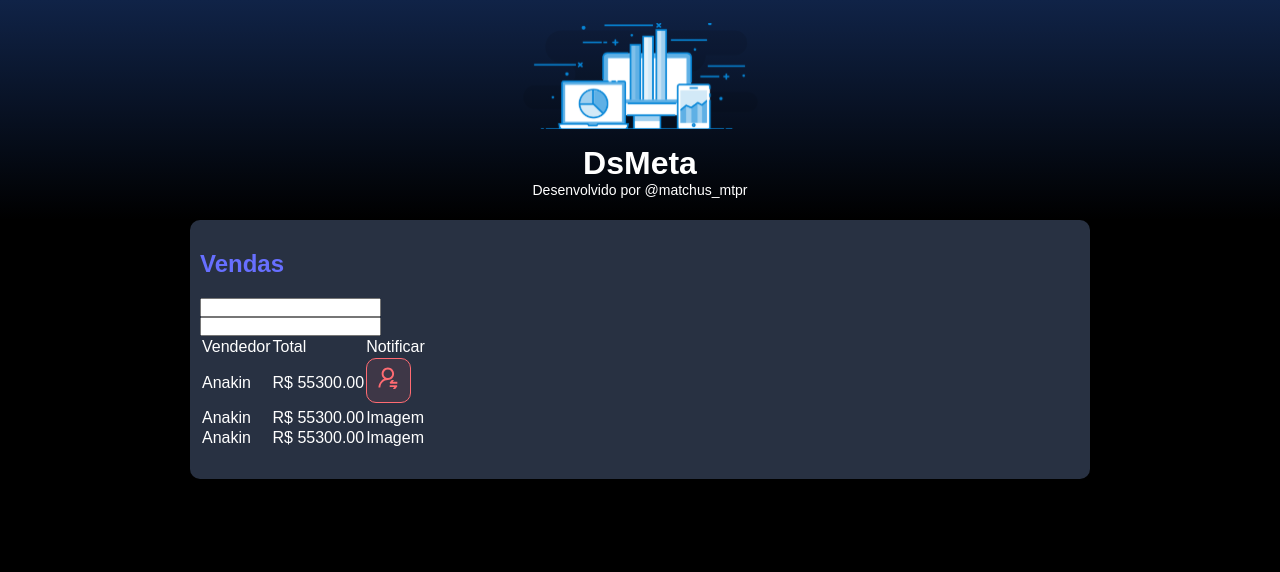
Repository: MatheusAlvesPereiraRosa/ds-meta
Page: index.html
An editor plug-in stored every save of this project. The page is shown before and after the next save, followed by the edit.
The browser window is 1280 px wide. The pictures show the whole page.

Above is the page before, as saved 2022-09-01 11:53:59.

After the next save:
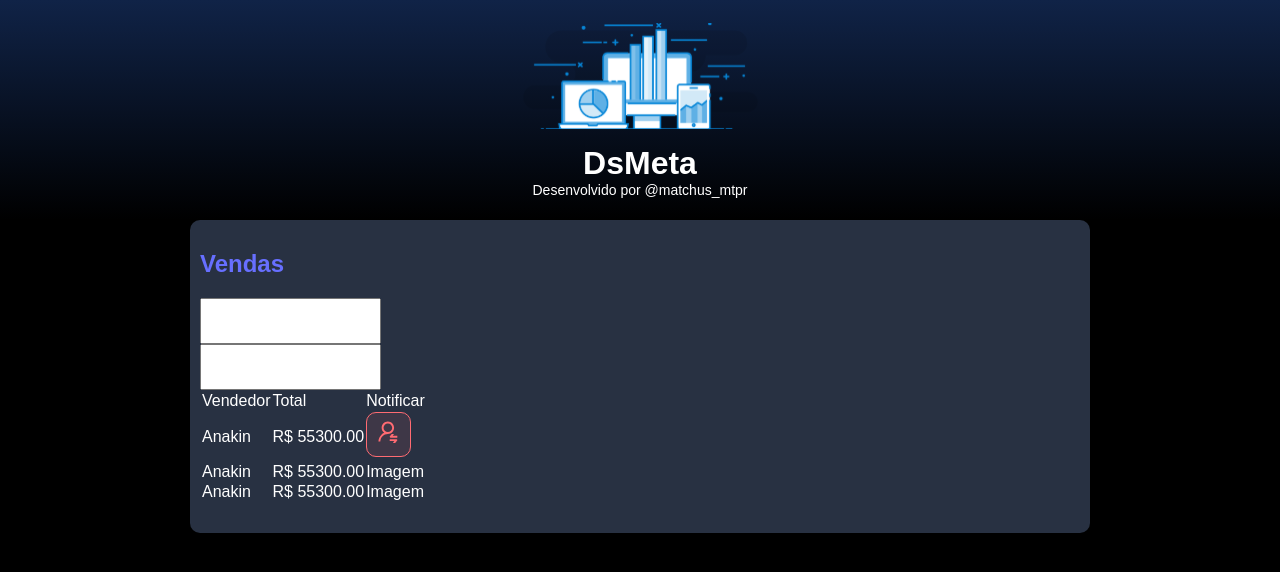
Saved 48 s later.
--- a/styles.css
+++ b/styles.css
@@ -65,3 +65,8 @@ a, a:hover, a:visited {
     font-size: 24px;
     margin-bottom: 20px;
 }
+
+.dsmeta-form-control {
+    height: 46px;
+    background-color: ;
+}
